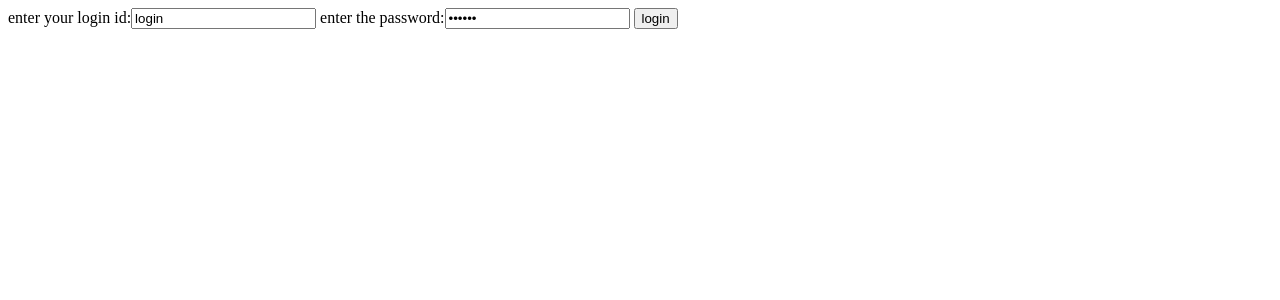
Repository: venkatasuryarameshbabu/palmetopractice
Page: webproject/WebContent/index.html
These files come from the project's save history. The page is drawn as it stood at one moment and after the next save; the edit follows.
The browser window is 1280 px wide. The pictures show the whole page.

Above is the page before, as saved 2020-02-05 12:04:25.

After the next save:
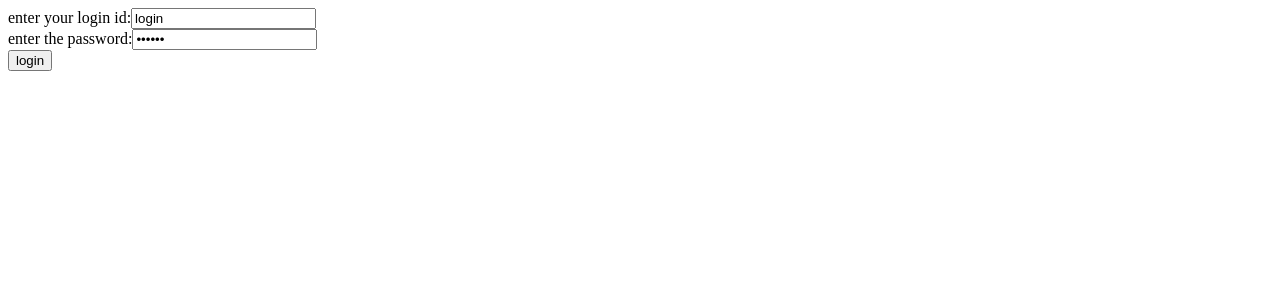
Saved 3 min 9 s later.
--- a/webproject/WebContent/index.html
+++ b/webproject/WebContent/index.html
@@ -6,8 +6,8 @@
 </head>
 <body>
 <form action="http://localhost:8081/webproject/loginservlet">
-enter your login id:<input type="text" value="login">
-enter the password:<input type="password" value="psswrd">
+enter your login id:<input type="text" value="login"></br>
+enter the password:<input type="password" value="psswrd"></br>
 <input type="submit" value="login">
 </form>
 
